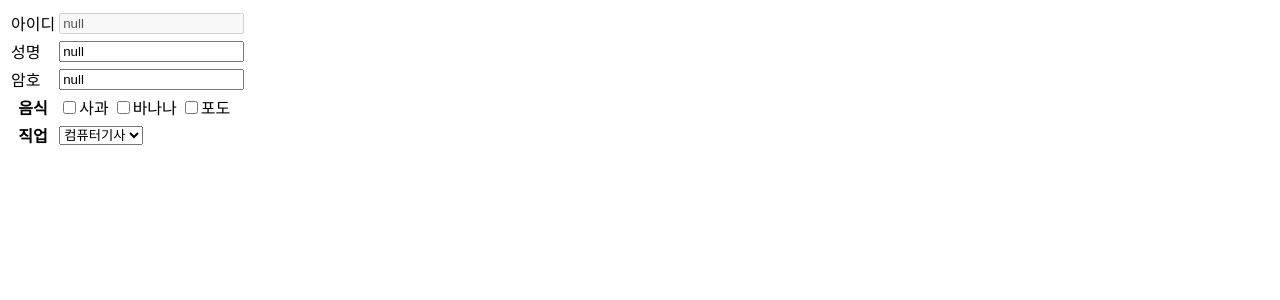
Repository: hyeon-jin-park/study
Page: http://localhost/T08/03_output.jsp
The author's editor kept a copy of each file at every save. The page is drawn from the files as they stood at one save, then again after the next save.
The browser window is 1280 px wide. The pictures show the whole page.
The page is served by Tomcat 9.

Above is the page before, as saved 2025-04-29 11:12:54.

### work/internet_programing/T08/src/main/webapp/03_output.jsp
<%@ page language="java" contentType="text/html; charset=UTF-8"
    pageEncoding="UTF-8"%>
<%
String sid = request.getParameter("id");
String sname = request.getParameter("name");
String spwd = request.getParameter("pwd");
%>
<!DOCTYPE html>
<html>
<head>
<meta charset="UTF-8">
<title>회원가입</title>
</head>
<body>
<form action="" method="post">
<table>
<tr>
	<td>아이디</td>
	<td>
		<input type="text" name="id" value="<%=sid %>" readonly disabled>
	</td>
</tr>
<tr>
	<td>성명</td>
	<td>
		<input type="text" name="name" value="<%=sname %>">
	</td>
</tr>
<tr>
	<td>암호</td>
	<td>
		<input type="text" name="pwd" value="<%=spwd %>">
	</td>
</tr>
<tr>
	<th>음식</th>
	<td>
		<input type="checkbox" name="foods"	value="사과">사과
		<input type="checkbox" name="foods" value="바나나">바나나
		<input type="checkbox" name="foods" value="포도">포도
	</td>
</tr>
<tr>
	<th>직업</th>
	<td>
		<select name="job" id="job">
		<option value="0">컴퓨터기사</option>
		<option value="1">요리사</option>
		<option value="2">프로게이머</option>
		<option value="3">학생</option>
		</select>
	</td>
</tr>
<tr>

</table>
</form>
</body>
</html>

After the next save:
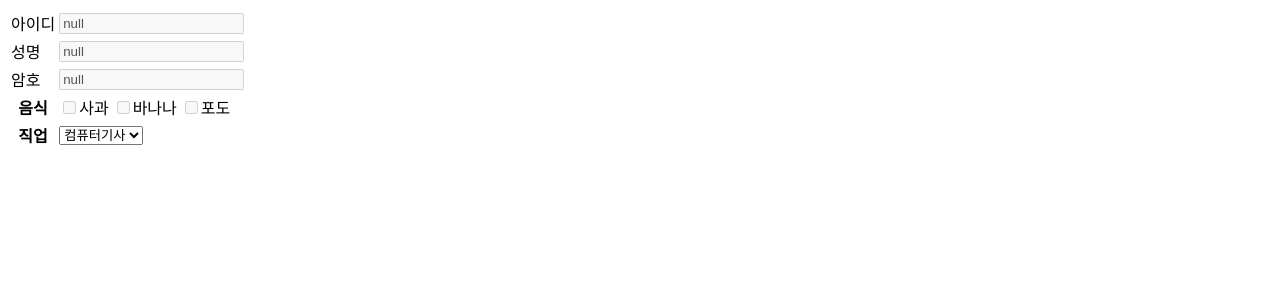
Console error: SyntaxError: Unexpected identifier 'idx'
Saved 24 min 12 s later.
--- a/work/internet_programing/T08/src/main/webapp/03_output.jsp
+++ b/work/internet_programing/T08/src/main/webapp/03_output.jsp
@@ -4,12 +4,35 @@
 String sid = request.getParameter("id");
 String sname = request.getParameter("name");
 String spwd = request.getParameter("pwd");
+String foods[] = request.getParameterValues("foods");
+String job[] = request.getParameterValues("job");
 %>
 <!DOCTYPE html>
 <html>
 <head>
 <meta charset="UTF-8">
 <title>회원가입</title>
+<script>
+window.onload = function(){
+	var foodarr = document.getElementsByName("foods");
+
+	//클라이언트에서 받은 sfood 배열의 문자열 확인
+	int idx = -1;
+
+	<%for(int i=0;i<3;i++){ %>
+	if(sfoods[i].equals("사과")) idx = 0;
+	if(sfoods[i].equals("바나나")) idx = 1;
+	if(sfoods[i].equals("포도")) idx = 2;
+	foodarr[idx].checked=true;
+
+	<%}%> //end of for
+
+
+
+
+}
+</script>
+
 </head>
 <body>
 <form action="" method="post">
@@ -23,21 +46,21 @@ String spwd = request.getParameter("pwd");
 <tr>
 	<td>성명</td>
 	<td>
-		<input type="text" name="name" value="<%=sname %>">
+		<input type="text" name="name" value="<%=sname %>" disabled>
 	</td>
 </tr>
 <tr>
 	<td>암호</td>
 	<td>
-		<input type="text" name="pwd" value="<%=spwd %>">
+		<input type="text" name="pwd" value="<%=spwd %>" disabled>
 	</td>
 </tr>
 <tr>
 	<th>음식</th>
 	<td>
-		<input type="checkbox" name="foods"	value="사과">사과
-		<input type="checkbox" name="foods" value="바나나">바나나
-		<input type="checkbox" name="foods" value="포도">포도
+		<input type="checkbox" name="foods"	value="사과" disabled>사과
+		<input type="checkbox" name="foods" value="바나나" disabled>바나나
+		<input type="checkbox" name="foods" value="포도" disabled>포도
 	</td>
 </tr>
 <tr>
